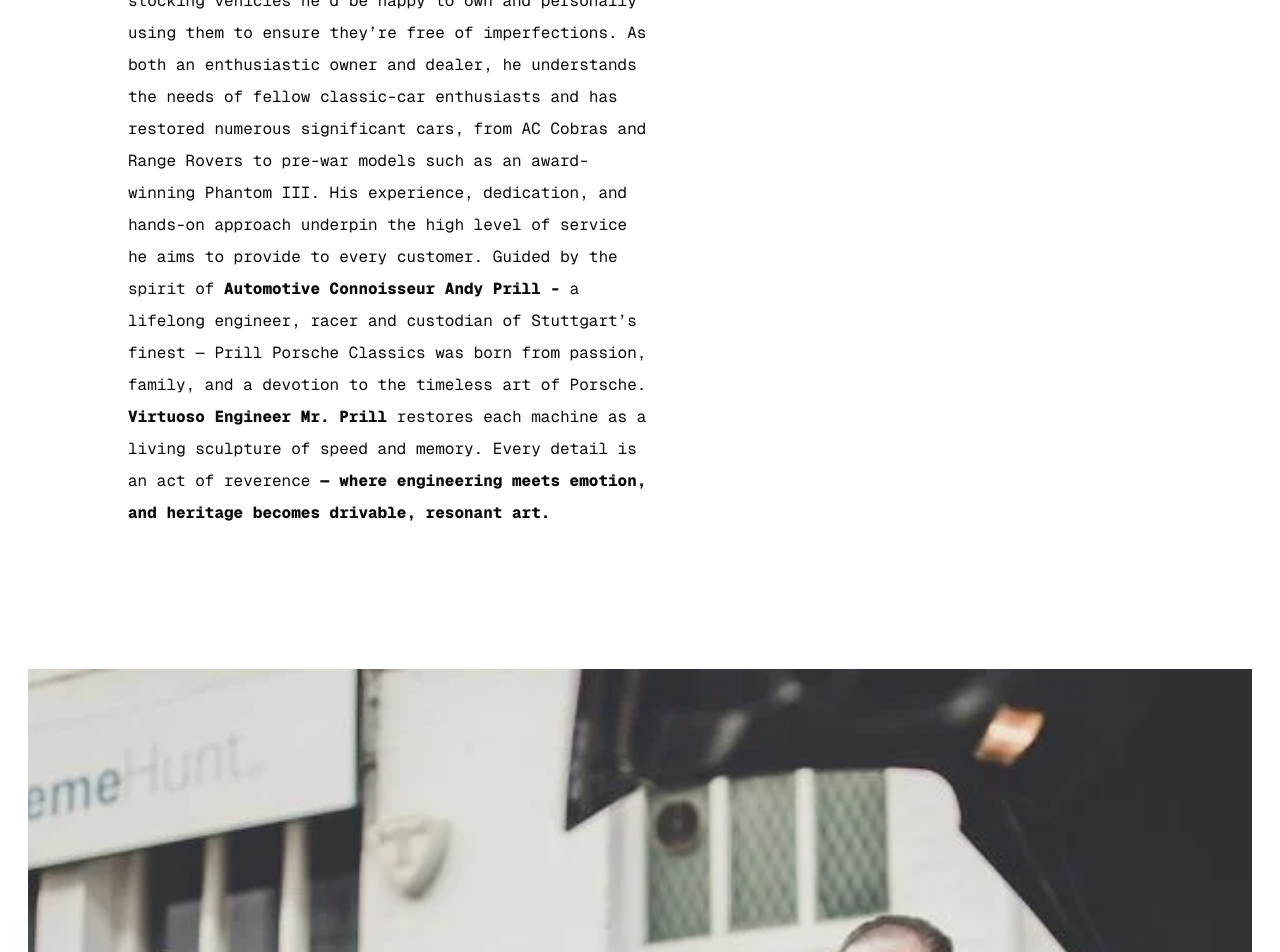
Repository: Richartistique-LeBrassus/Atelier-de-Voitures-Classiques
Page: /
These files come from the project's save history. The page is drawn as it stood at one moment and after the next save; the edit follows.
The browser window is 1280 px wide. The pictures show the part of the page from y = 1658 to 2610 px (the page is 7087 px tall before and 6831 px after).
The project was rebuilt for these pictures with package versions that can differ from the ones it lists, and the page was loaded fresh each time. The framework's server and built-in components were replaced by stand-ins that run in the browser. Also part of the build but not shown: next.config.ts.

Above is the page before, as saved 2025-11-24 14:12:13.

### app/layout.tsx
import type { Metadata } from "next";
import { Geist, Geist_Mono } from "next/font/google";
import "./globals.css";
import Footer from "@/components/Footer";
import Navbar from "@/components/Navbar";

const geistSans = Geist({
  variable: "--font-geist-sans",
  subsets: ["latin"],
});

const geistMono = Geist_Mono({
  variable: "--font-geist-mono",
  subsets: ["latin"],
});

export const metadata: Metadata = {
  title: "Prill Porsche Classics - Classic Heritage Atelier",
  description:
    "Precision restorations and heritage preservation by Andy Prill — where Porsche engineering meets artistry.",
  icons: {
    icon: [
      { url: "/favicon.ico", type: "image/x-icon" },
      { url: "/favicon-16x16.png", sizes: "16x16", type: "image/png" },
      { url: "/favicon-32x32.png", sizes: "32x32", type: "image/png" },
    ],
    apple: "/apple-touch-icon.png",
    other: [
      { rel: "icon", url: "/android-chrome-192x192.png", sizes: "192x192" },
      { rel: "icon", url: "/android-chrome-512x512.png", sizes: "512x512" },
    ],
  },
};

export default function RootLayout({
  children,
}: Readonly<{
  children: React.ReactNode;
}>) {
  return (
    <html lang="en">
      <body
        className={`${geistSans.variable} ${geistMono.variable} antialiased`}
      >
        <Navbar />
        {children}
        <Footer />
      </body>
    </html>
  );
}

### app/page.tsx
import ClosingCall from "@/components/ClosingCall";
import Ethos from "@/components/Ethos";
import Hero from "@/components/Hero";
export default function Home() {
  return (
    <div className="flex flex-col items-center justify-top min-h-screen relative overflow-x-hidden">
      <Hero />
      <Ethos />
      <ClosingCall />
    </div>
  );
}

### app/globals.css
@font-face {
  font-family: 'Oswald';
  src: url('/fonts/Oswald-Medium.ttf') format('truetype');
  font-weight: 500;
  font-style: normal;
}

@import "tailwindcss";

:root {
  --background: #ffffff;
  --foreground: #171717;
}

@theme inline {
  --color-background: var(--background);
  --color-foreground: var(--foreground);
  --font-sans: var(--font-geist-sans);
  --font-mono: var(--font-geist-mono);
}

@media (prefers-color-scheme: dark) {
  :root {
    --background: #0a0a0a;
    --foreground: #ededed;
  }
}

body {
  background: var(--background);
  color: var(--foreground);
  font-family: 'Oswald';
  /*font-family: fantasy;*/
}

@supports selector(::-webkit-scrollbar) {
  ::-webkit-scrollbar {
    width: 5px;
    height: 8px;
  }

  ::-webkit-scrollbar-track {
    background: #fafafa;
  }

  ::-webkit-scrollbar-thumb {
    background-color: #0a0a0a;
    transition: background-color 0.6s ease, transform 0.6s ease;
  }

  ::-webkit-scrollbar-thumb:hover {
    background-color: #0a0a0a;
    transform: scale(1.05);
  }
}

@-moz-document url-prefix() {
  * {
    scrollbar-width: thin;
    scrollbar-color: #0a0a0a transparent;
  }
}

### components/Footer.tsx
"use client";
import React from "react";

export default function Footer() {
  return (
    <footer className="w-full bg-neutral-950 text-white py-20 px-8 flex flex-col items-center justify-center space-y-5 text-center border-t border-white/10">
      {/* Logo */}
      <img
        src="/imgs/logo.png"
        alt="Prill Porsche Classics Logo"
        className="w-20 sm:w-24 opacity-90 mb-5"
      />

      <h4 className="text-sm md:text-base tracking-widest uppercase text-white/70 font-mono">
        Prill Porsche Classics
      </h4>

      <p className="text-xs md:text-sm text-white/40 max-w-md leading-relaxed font-mono">
        Restoring Stuttgart’s icons with precision, passion, and timeless respect for heritage.
      </p>

      <div className="flex space-x-6 pt-4 uppercase">
        <a
          href="#"
          className="text-white/40 hover:text-white transition-colors duration-300 text-sm"
        >
          Instagram
        </a>
        <a
          href="#"
          className="text-white/40 hover:text-white transition-colors duration-300 text-sm"
        >
          Workshop
        </a>
        <a
          href="#"
          className="text-white/40 hover:text-white transition-colors duration-300 text-sm"
        >
          Contact
        </a>
      </div>

      <p className="text-[10px] text-white/30 pt-6 font-mono">
        © {new Date().getFullYear()} Prill Porsche Classics — Crafted with Precision
      </p>
    </footer>
  );
}

### components/Navbar.tsx
"use client";
import React, { useState, useEffect } from "react";
import { motion, AnimatePresence } from "framer-motion";
import { Menu } from "lucide-react";

export default function Navbar() {
  const [isScrolled, setIsScrolled] = useState(false);
  const [isOpen, setIsOpen] = useState(false);

  // Detect scroll past first viewport height
  useEffect(() => {
    const handleScroll = () => {
      setIsScrolled(window.scrollY > window.innerHeight);
    };
    window.addEventListener("scroll", handleScroll);
    return () => window.removeEventListener("scroll", handleScroll);
  }, []);

  // Lock/unlock scroll when drawer opens/closes
  useEffect(() => {
    document.body.style.overflow = isOpen ? "hidden" : "auto";
  }, [isOpen]);

  return (
    <>
      {/* Navbar */}
      <nav
        className={`fixed top-0 left-0 w-full z-50 flex items-center justify-between px-4 md:px-7 py-5 md:py-8 transition-all duration-500 ${
          isScrolled
            ? "backdrop-blur-md bg-white/30"
            : "bg-transparent backdrop-blur-0"
        }`}
      >
        {/* Burger Menu */}
        <button
          aria-label="Toggle menu"
          className={`z-50 py-2 transition-colors duration-500 ${
            isScrolled ? "text-black" : "text-neutral-100"
          }`}
          onClick={() => setIsOpen(!isOpen)}
        >
          <Menu className="w-6 h-6 transition-all duration-300 hover:cursor-pointer" />
        </button>

        {/* Center Logo (appears after 100vh scroll) */}
        <motion.div
          initial={{ opacity: 0, y: -20 }}
          animate={{
            opacity: isScrolled ? 1 : 0,
            y: isScrolled ? 0 : -20,
          }}
          transition={{ duration: 0.6, ease: "easeOut" }}
          className="absolute left-1/2 -translate-x-1/2 select-none pointer-events-none"
        >
          <div
            className="flex flex-col font-mono w-[120px] sm:w-[140px] md:w-40
            text-lg sm:text-2xl md:text-3xl font-extrabold text-black uppercase"
          >
            <p
              className="relative tracking-[0.92rem] md:tracking-[1rem]
              inline-block
              after:content-[''] after:absolute after:left-0 after:bottom-0
              after:right-[0.4rem] after:h-px after:bg-black"
            >
              PRILL
            </p>
            <p className="flex flex-col text-xs sm:text-sm pt-1 md:text-base">
              Porsche Classics
            </p>
          </div>
        </motion.div>
      </nav>

      {/* Drawer Overlay */}
      <AnimatePresence>
        {isOpen && (
          <motion.div
            className="fixed inset-0 z-40 bg-black/50 backdrop-blur-sm"
            initial={{ opacity: 0 }}
            animate={{ opacity: 1 }}
            exit={{ opacity: 0 }}
            onClick={() => setIsOpen(false)}
          />
        )}
      </AnimatePresence>

      {/* Drawer Panel */}
      <AnimatePresence>
        {isOpen && (
          <motion.aside
            className="fixed top-0 left-0 h-full w-3/4 lg:w-1/3 bg-neutral-50
            text-neutral-900 z-50 flex flex-col justify-center px-5 sm:px-12 space-y-12"
            initial={{ x: "-100%" }}
            animate={{ x: 0 }}
            exit={{ x: "-100%" }}
            transition={{ type: "tween", duration: 0.45, ease: "easeOut" }}
          >
            <nav className="space-y-6">
              {["Home", "Atelier", "For sale", "new", "services", "contact"].map(
                (item) => (
                  <motion.a
                    key={item}
                    href="#"
                    className="block text-2xl sm:text-3xl font-light tracking-[0.2em] uppercase text-neutral-800 relative group"
                    whileHover={{ x: 5 }}
                  >
                    {item}
                    <span className="absolute left-0 -bottom-1 w-0 h-px bg-neutral-800 transition-all duration-500 group-hover:w-full"></span>
                  </motion.a>
                )
              )}
            </nav>
          </motion.aside>
        )}
      </AnimatePresence>
    </>
  );
}

### components/ClosingCall.tsx
"use client"
import React from "react";
import { motion } from "framer-motion";

export default function ClosingCall() {
  return (
    <section
      aria-label="Closing Call — The Invitation"
      className="relative h-fit z-30
      w-full px-auto bg-white px-5 md:px-7
      py-7  md:py-16 lg:py-28"
    >
      <div
        className="w-full mx-auto h-fit
        grid grid-cols-1 2xl:gap-1 2xl:grid-cols-2
        xl:align-bottom
        items-center text-neutral-950 md:px-20 py-20
        "
      >
        {/* Right Text */}
        <motion.div
          initial={{ opacity: 0, x: 50 }}
          whileInView={{ opacity: 1, x: 0 }}
          transition={{ duration: 1, delay: 0.2 }}
          viewport={{ once: true }}
          className="space-y-6  mx-auto items w-full flex flex-col
          text-start justify-start 2xl:pr-12"
        >
          <h2
            className="uppercase font-bold text-4xl md:text-5xl tracking-[0.3rem]
            mb-10 xl:mb-10"
          >
            Arrange <br /><span className="font-bold font-mono">a <br />
            Visit</span>
          </h2>

          <p className="font-bold font-mono uppercase leading-9 sm:leading-8
          underline underline-offset-6">
            DISCALIMER: VISITS BY APPOINTMENT ONLY
          </p>

          <p className="text-base lg:text-lg lg:mb-16
          leading-9 sm:leading-8 font-mono text-left indent-4
          my-10 xl:max-w-[560px] max-w-[570px]">
            We invite you to <span className="font-bold">experience our workshop</span> — to witness the craft,
            precision, and passion that define every restoration.
          </p>

          <div className="flex flex-col gap-7 xl:gap-10 font-mono mb-16 xl:mb-20 2xl:mb-0
             2xl:max-w-[300px]"
          >
            <p className="inline-block border-b border-neutral-950 pb-1 text-xl uppercase
              tracking-wide font-bold"
            >
              the Essex Workshop
            </p>
            <a
              href="/contact"
              className="inline-block border border-neutral-950 p-3 md:p-5 text-xl uppercase
              transition-colors tracking-[0.3rem] duration-200
              bg-neutral-950 text-white hover:bg-white hover:text-neutral-950 font-bold"
            >
              Discover
            </a>
          </div>
        </motion.div>

        {/* Left Image */}
        <motion.div
          initial={{ opacity: 0, y: 50 }}
          whileInView={{ opacity: 1, y: 0 }}
          transition={{ duration: 1 }}
          viewport={{ once: true }}
          className="overflow-hidden w-full h-[80vw] 2xl:h-[40vw]"
        >
          <img
            src="/imgs/bunker.jpg"
            alt="Inside view of the workshop"
            className="w-full h-full object-cover object-center"
          />
        </motion.div>
      </div>
    </section>
  );
}

### components/Ethos.tsx
"use client"
import { motion } from 'framer-motion';

const Ethos = () => {
  return (
    <section
      aria-label="Prill Porsche Classics Ethos"
      className="relative z-20 mt-[100vh]
       flex flex-col items-center justify-center w-full
      bg-white text-neutral-950 min-h-fit
      py-7 sm:py-12 md:py-16 lg:py-28
      px-5 md:px-7"
    >
      <div className="max-w-7xl w-full lg:inline-flex lg:justify-between
        lg:align-bottom lg:items-end xl:items-center py-20"
      >
        <div className="lg:flex-col md:px-20">
          <motion.h2
          initial={{ opacity: 0, y: 50 }}
          whileInView={{ opacity: 1, y: 0 }}
          transition={{ duration: 1.2, ease: "easeOut" }}
          viewport={{ once: true, amount: 0.3 }}
          className="text-4xl sm:text-5xl lg:text-6xl mb-10 sm:mb-16 xl:mb-10
          uppercase text-left tracking-[0.3rem]
          flex-wrap max-w-[270px] font-extrabold font-mono">
            Prill Porsche Classics <br/>
          </motion.h2>
          <div className="w-full inline-flex text-end lg:p-5 xl:px-12">
            <motion.h3
            initial={{ opacity: 0, y: 50 }}
            whileInView={{ opacity: 1, y: 0 }}
            transition={{ duration: 1.2, ease: "easeOut" }}
            viewport={{ once: true, amount: 0.3 }}
            className="text-4xl md:text-5xl xl:text-6xl mb-16 sm:sm:mb-24 xl:mb-16
             uppercase text-left
            flex-wrap max-w-[270px]">
              <span className="font-bold font-mono text-2xl">
                London based Classic Car Magnate
              </span>
            </motion.h3>
          </div>



        <motion.p
          initial={{ opacity: 0, y: 50 }}
          whileInView={{ opacity: 1, y: 0 }}
          transition={{ duration: 1.2, ease: "easeOut" }}
          viewport={{ once: true, amount: 0.3 }}
          className="leading-9 sm:leading-8 font-mono text-left lg:max-w-[470px] xl:indent-12
          lg:h-full items-end align-bottom sm:mb-10 indent-4
          xl:max-w-[560px] max-w-[570px] xl:p-5"
        >
          Graeme Hunt spent 13 years at Jack Barclay Ltd,
          rising from Salesman in 1989 to Managing Director within seven years,
          and ultimately guiding the company back to independent ownership in 1997.
          He founded Graeme Hunt Ltd in 2001,
          bringing with him a deep passion for Bentleys and classic cars of all kinds,
          stocking vehicles he’d be happy to own and
          personally using them to ensure they’re free of imperfections.
          As both an enthusiastic owner and dealer,
          he understands the needs of fellow classic-car
          enthusiasts and has restored numerous significant cars,
          from AC Cobras and Range Rovers to pre-war models such as an
          award-winning Phantom III. His experience, dedication,
          and hands-on approach underpin the high level of service he
          aims to provide to every customer.

          Guided by the spirit of <span className="font-extrabold">Automotive Connoisseur Andy Prill - </span> a lifelong engineer, racer
          and custodian of Stuttgart’s finest — Prill Porsche Classics was born from passion, family, and
          a devotion to the timeless art of Porsche.
          <span className="font-extrabold"> Virtuoso Engineer Mr. Prill</span> restores each machine as a living sculpture of speed and memory.
          Every detail is an act of reverence
          <span className="font-extrabold"> — where engineering meets emotion, and heritage becomes drivable, resonant art.</span>
        </motion.p>
        </div>
      </div>

      {/* Lookbook Visual */}
      <div className="lookbook container responsivegrid w-full max-w-7xl">
        <motion.div
          initial={{ opacity: 0, y: 50 }}
          whileInView={{ opacity: 1, y: 0 }}
          transition={{ duration: 1.2, ease: "easeOut" }}
          viewport={{ once: true, amount: 0.3 }}
          className="
          grid grid-cols-1 2xl:grid-cols-2 xl:gap-1 gap-4 pb-24">

          {/* Image Element */}
          <div className="lookbookElement image ap-lookbook__element-wrapper--square1 ap-lookbook__element-wrapper">
            <div className="w-full h-[80vw] 2xl:h-[45vw]">
              <img
                //src="/imgs/onfilm.jpg"
                src="/imgs/shoplogo.webp"
                alt="A photo of a large hardback book titled The Watch – Stories and Savoir Faire."
                className="w-full h-full object-cover"
              />
            </div>
          </div>
          {/* Video Element
          <div className="lookbookElement image ap-lookbook__element-wrapper--square2 ap-lookbook__element-wrapper">
            <div className="w-full h-[80vw] 2xl:h-[45vw]">
              <button
                data-v-76326de7=""
                aria-label="Video button play"
                className="ap-lookbook-element__video relative w-full h-full overflow-hidden shadow-lg"
              >
                <video
                  data-v-76326de7=""
                  title="Video of a woman opening a hardcover book titled The Watch – Stories and Savoir Faire"
                  autoPlay
                  loop
                  playsInline
                  muted
                  className="w-full h-full object-cover"
                  src="/vids/ethos.mp4"
                >
                </video>
                <div
                  data-v-76326de7=""
                  className="absolute inset-0 bg-black/20 flex items-center justify-center"
                  aria-hidden="true"
                >
                  <span className="icon-pause text-white text-4xl"></span>
                </div>
              </button>
            </div>
          </div> */}
          <div className="lookbookElement image ap-lookbook__element-wrapper--square1 ap-lookbook__element-wrapper">
            <div className="w-full h-[80vw] 2xl:h-[45vw]">
              <img
                src="/imgs/rolls.webp"
                alt="A photo of a large hardback book titled The Watch – Stories and Savoir Faire."
                className="w-full h-full object-cover"
              />
            </div>
          </div>
        </motion.div>
      </div>
    </section>
  );
};

export default Ethos;

### components/Hero.tsx
"use client";
import { motion } from "framer-motion";

const Hero = () => {
  return (
    <section  className="fixed top-0 h-screen z-1 w-full">
      <div className="absolute w-full h-full">
        {/*<video
          src="/vids/star.mp4"
          className="w-full h-full object-cover brightness-70"
          autoPlay
          muted
          loop
        >
        </video>*/}
        <img
          src="/imgs/graeme-bg.jpg"
          className="w-full h-full object-cover brightness-70"
          alt="bg"
        />
      </div>
      <motion.div
        initial={{ opacity: 0, y: 50 }}
        whileInView={{ opacity: 1, y: 0 }}
        transition={{ duration: 1.2, ease: "easeOut" }}
        viewport={{ once: true, amount: 0.3 }}
        className="sticky top-0 h-full flex items-center max-w-[85vw]
        justify-center text-white text-[70px] sm:text-[80px] font-mono font-extrabold mx-auto
        uppercase align-middle text-center"
      >
          Graeme <br/>Hunt

      </motion.div>
    </section>
  );
};

export default Hero;

After the next save:
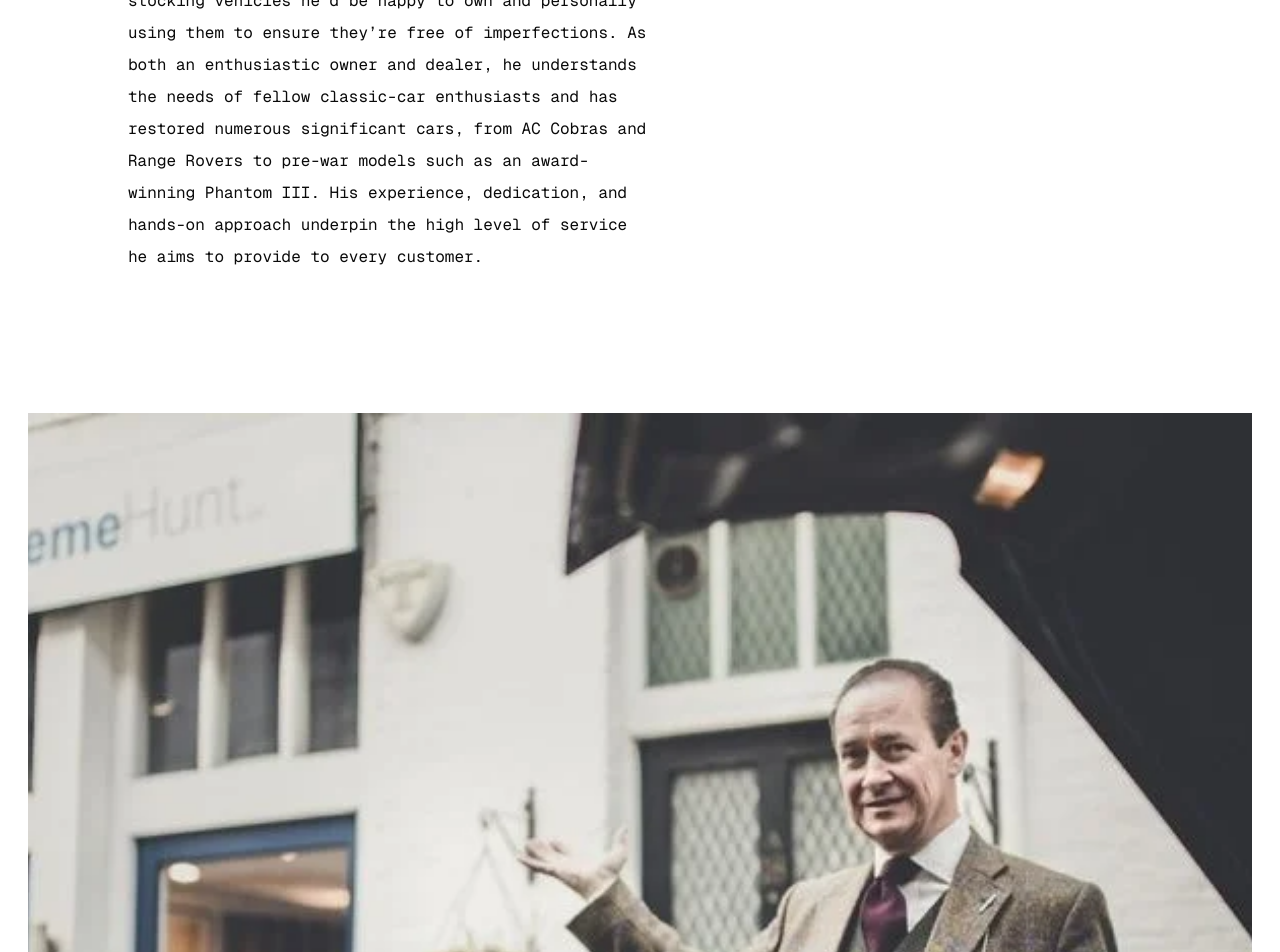
Saved 22 s later.
--- a/components/Ethos.tsx
+++ b/components/Ethos.tsx
@@ -65,13 +65,6 @@
           award-winning Phantom III. His experience, dedication,
           and hands-on approach underpin the high level of service he
           aims to provide to every customer.
-
-          Guided by the spirit of <span className="font-extrabold">Automotive Connoisseur Andy Prill - </span> a lifelong engineer, racer
-          and custodian of Stuttgart’s finest — Prill Porsche Classics was born from passion, family, and
-          a devotion to the timeless art of Porsche.
-          <span className="font-extrabold"> Virtuoso Engineer Mr. Prill</span> restores each machine as a living sculpture of speed and memory.
-          Every detail is an act of reverence
-          <span className="font-extrabold"> — where engineering meets emotion, and heritage becomes drivable, resonant art.</span>
         </motion.p>
         </div>
       </div>
